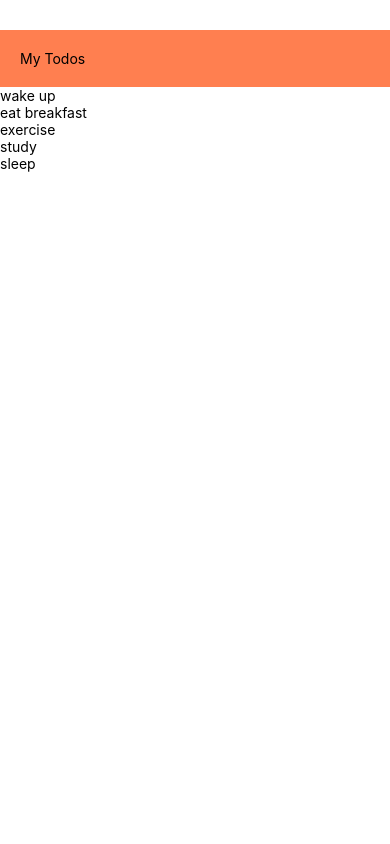
Repository: shiv0403/React-native-tutorial
Screen: /
These files come from the project's save history. The screen is drawn as it stood at one moment and after the next save; the edit follows.
The app was drawn by React Native's web renderer in a window 390 px wide. The project was rebuilt for these pictures with package versions that can differ from the ones it lists, and the page was loaded fresh each time.

Above is the screen before, as saved 2021-02-11 09:14:45.

After the next save:
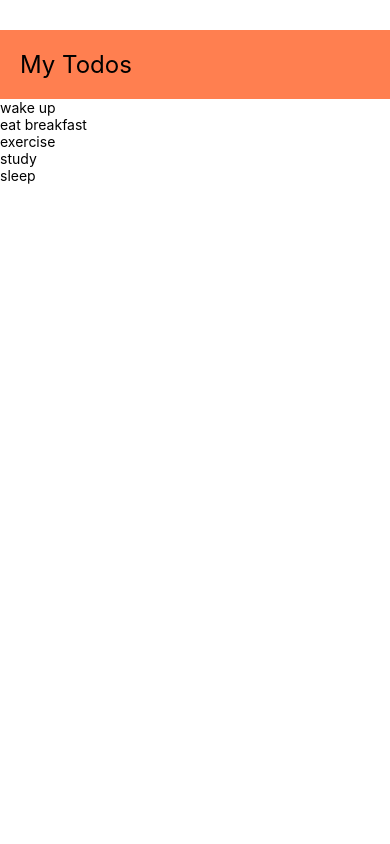
Saved 23 s later.
--- a/components/Header.js
+++ b/components/Header.js
@@ -14,4 +14,7 @@ const styles = StyleSheet.create({
     padding: 20,
     backgroundColor: "coral",
   },
+  title: {
+    fontSize: 24,
+  },
 });
